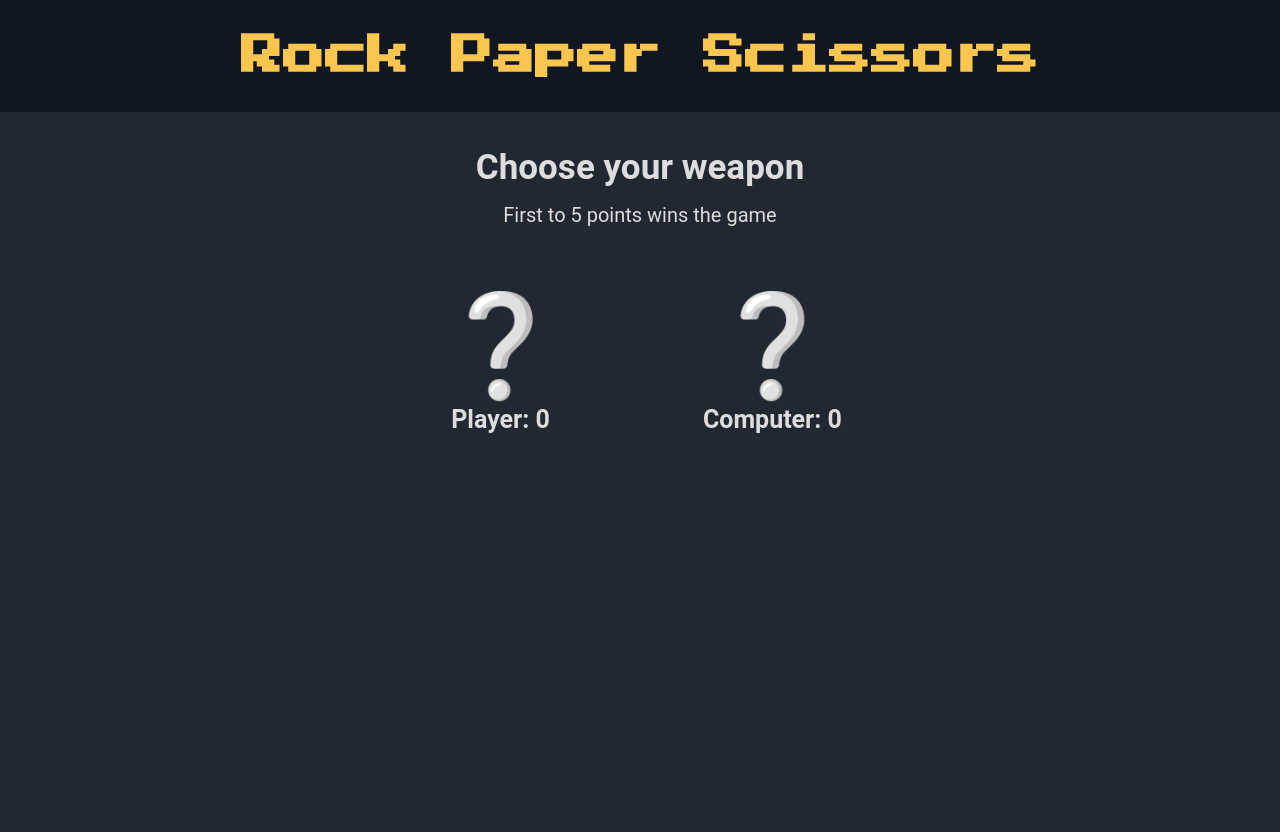
Repository: Aaryan-Poria/Rock-Paper-Scissors
Page: index.html
An editor plug-in stored every save of this project. The page is shown before and after the next save, followed by the edit.
The browser window is 1280 px wide. The pictures show the whole page.

Above is the page before, as saved 2023-08-22 23:14:18.

### index.html
<!DOCTYPE html>
<html lang="en">
  <head>
    <meta charset="UTF-8" />
    <meta name="viewport" content="width=device-width, initial-scale=1.0" />
    <title>Rock Paper Scissors</title>
    <link rel="preconnect" href="https://fonts.googleapis.com" />
    <link rel="preconnect" href="https://fonts.gstatic.com" crossorigin />
    <link
      href="https://fonts.googleapis.com/css2?family=Press+Start+2P&display=swap"
      rel="stylesheet"
    />
    <link rel="stylesheet" href="style.css" />
  </head>

  <body>
    <section class="head">
      <h2>Rock Paper Scissors</h2>
    </section>
    <section class="main">
      <div class="main-text">
        <h3>Choose your weapon</h3>
        <p>First to 5 points wins the game</p>
      </div>
      <div class="text-content">
        <div class="info player">
          <p class="qmark 1">❔</p>
          <p class="score 1">Player: 0</p>
        </div>
        <div class="info comp">
          <p class="qmark 2">❔</p>
          <p class="score 2">Computer: 0</p>
        </div>
      </div>
    </section>
  </body>
</html>

### style.css
body {
  margin: 0;
  padding: 0;
  display: flex;
  flex-direction: column;
  min-height: 100%;
  min-width: 100%;
}
.head {
  display: flex;
  justify-content: center;
  align-items: center;
  color: #fac650;
  background-color: #111720;
  font-family: "Press Start 2P", cursive;
  height: 7rem;
  font-size: 1.75rem;
}
.main {
  display: flex;
  flex-grow: 1;
  height: 100vh;
  flex-direction: column;
  background-color: #222831;
  color: #dddddd;
  font-family: "Roboto", sans-serif;
  align-items: center;
  /* border: 1px solid red; */
}

.main-text {
  /* border: 1px solid green; */
  display: flex;
  flex-direction: column;
  justify-content: center;
  align-items: center;
}
.main-text > h3 {
  font-size: 35px;
}
.main-text > p {
  font-size: 20px;
  margin-top: -20px;
}
.text-content {
  display: flex;
  width: 100%;
  /* border: 1px solid yellow; */
  display: flex;
  font-size: 25px;
  font-weight: bold;
  justify-content: center;
  align-items: center;
  gap: 140px;
  margin-top: 40px;
}
.info {
  display: flex;
  flex-direction: column;
  justify-content: center;
  align-items: center;
}
.qmark {
  font-weight: 100;
  margin: 0;
  padding: 0;
  font-size: 100px;
}
.score {
  margin: 0;
}

After the next save:
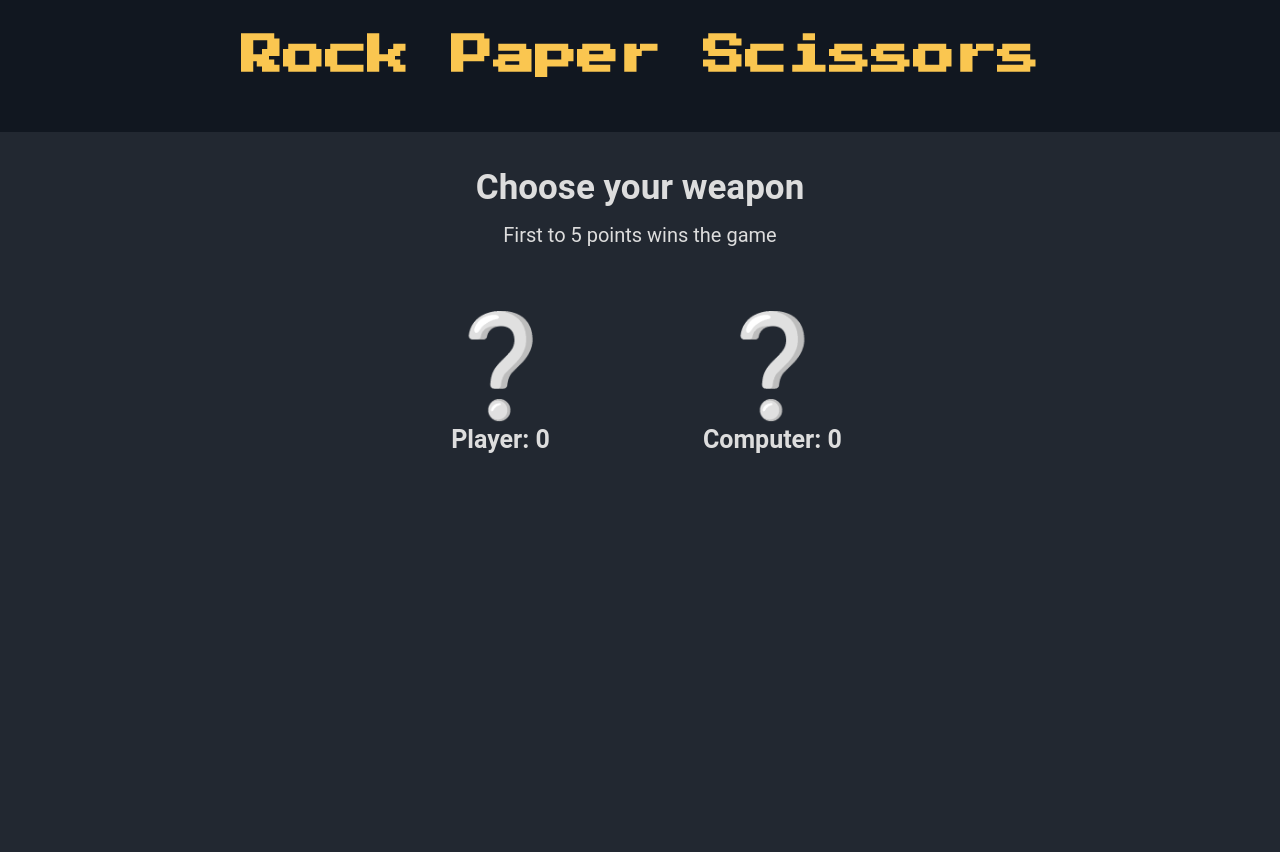
Saved 2 min 4 s later.
--- a/style.css
+++ b/style.css
@@ -15,6 +15,7 @@ body {
   font-family: "Press Start 2P", cursive;
   height: 7rem;
   font-size: 1.75rem;
+  padding-bottom: 20px;
 }
 .main {
   display: flex;
